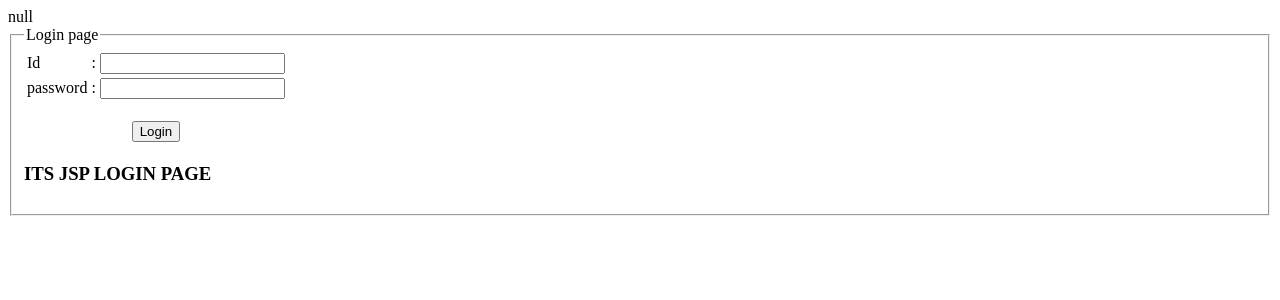
Repository: 81akshucaptain/TY_CG_HTD_BangloreNovember_JFS_AkahaykumarAgasanalli
Page: http://localhost/mywebapp/loginForm
An editor plug-in stored every save of this project. The page is shown before and after the next save, followed by the edit.
The browser window is 1280 px wide. The pictures show the whole page.
The page is served by Tomcat 9. Other server files are loaded and not shown.

Above is the page before, as saved 2019-12-17 13:15:06.

### Akshay-BACK end codes/Servlet/mywebapp/src/main/webapp/loginFormJsp.jsp
<%@ page language="java" contentType="text/html; charset=ISO-8859-1"
	pageEncoding="ISO-8859-1"%>
<!-- 	SCRIPT-LET TAG -->
	<% String msg=(String)request.getAttribute("msg");%>

<!DOCTYPE html>
<html>
<head>
<meta charset="ISO-8859-1">
<title>Insert title here</title>
</head>
<body>
<!-- EXPRESSION TAG THERE WILL NOT BE ANY SEMICOLONS -->
<%=msg %>
	<fieldset>
		<legend>Login page</legend>
		<form action="./login2" method="post">

			<table>
				<tr>
					<td>Id</td>
					<td>:</td>
					<td><input type="number" name="empId" required></td>
				</tr>
				<tr>
					<td>password</td>
					<td>:</td>
					<td><input type="password" name="password" required></td>
				</tr>
				<tr>
					<td colspan="3" align="center"><br> <input type="submit"
						value="Login"></td>
				</tr>
			</table>
			<h3>ITS JSP LOGIN PAGE</h3>
		</form>
	</fieldset>

</body>
</html>

After the next save:
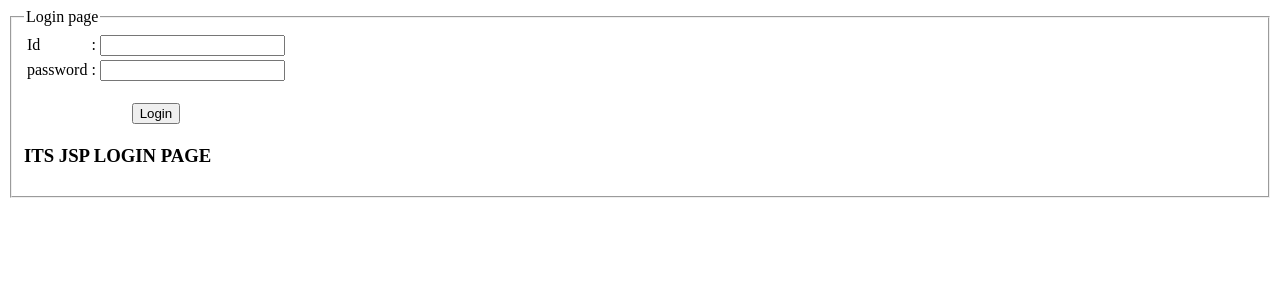
Saved 4 min 52 s later.
--- a/Akshay-BACK end codes/Servlet/mywebapp/src/main/webapp/loginFormJsp.jsp
+++ b/Akshay-BACK end codes/Servlet/mywebapp/src/main/webapp/loginFormJsp.jsp
@@ -11,7 +11,9 @@
 </head>
 <body>
 <!-- EXPRESSION TAG THERE WILL NOT BE ANY SEMICOLONS -->
+<%if(msg!=null && !msg.isEmpty()){ %>
 <%=msg %>
+<%} %>
 	<fieldset>
 		<legend>Login page</legend>
 		<form action="./login2" method="post">
